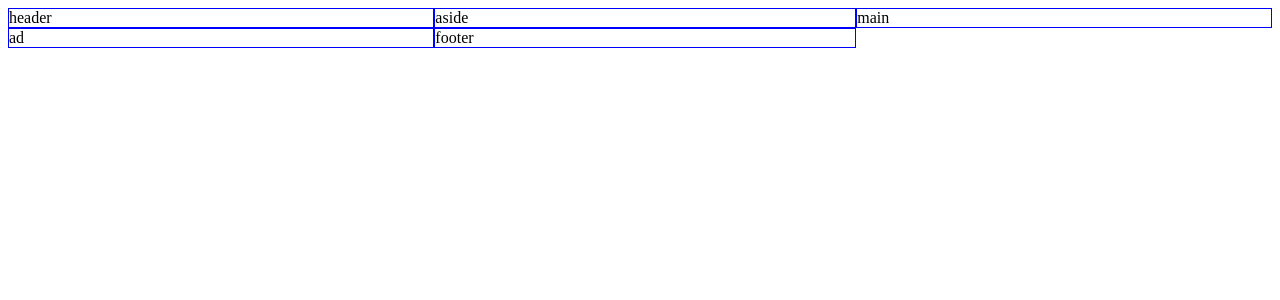
Repository: Lixianlai-2/Css-practice
Page: grid布局/template-area/index.html
An editor plug-in stored every save of this project. The page is shown before and after the next save, followed by the edit.
The browser window is 1280 px wide. The pictures show the whole page.

Above is the page before, as saved 2021-12-05 10:43:04.

### grid布局/template-area/index.html
<!DOCTYPE html>
<html lang="en">
  <head>
    <meta charset="UTF-8" />
    <meta http-equiv="X-UA-Compatible" content="IE=edge" />
    <meta name="viewport" content="width=device-width, initial-scale=1.0" />
    <title>Document</title>
    <link rel="stylesheet" href="style.css" />
  </head>
  <body>
    <div class="container">
      <header>header</header>
      <aside>aside</aside>
      <main>main</main>
      <div class="ad">ad</div>
      <footer>footer</footer>
    </div>
  </body>
</html>

### grid布局/template-area/style.css
.container {
  display: grid;
  grid-template-areas:
    "header header header"
    "aside main ad"
    "footer footer footer";
}

.container > * {
  border: 1px solid blue;
}

header {
  grid-area: "header";
}

After the next save:
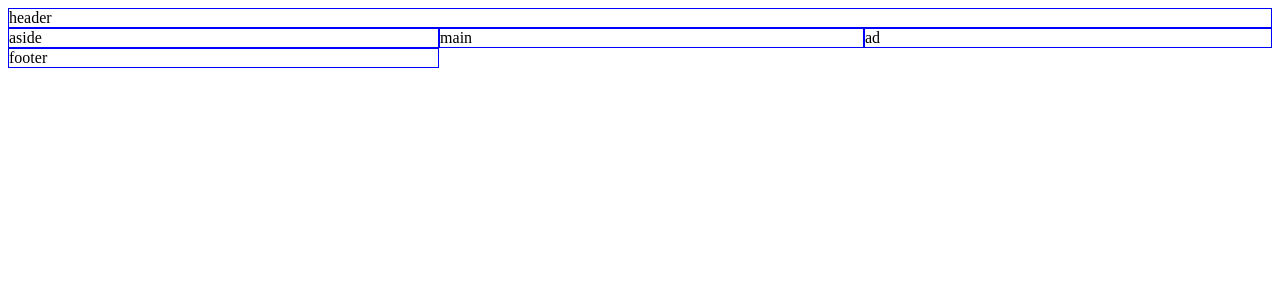
Saved 62 s later.
--- a/grid布局/template-area/style.css
+++ b/grid布局/template-area/style.css
@@ -11,5 +11,9 @@
 }
 
 header {
-  grid-area: "header";
+  grid-area: header;
 }
+
+aside {
+  grid-area: aside;
+}
